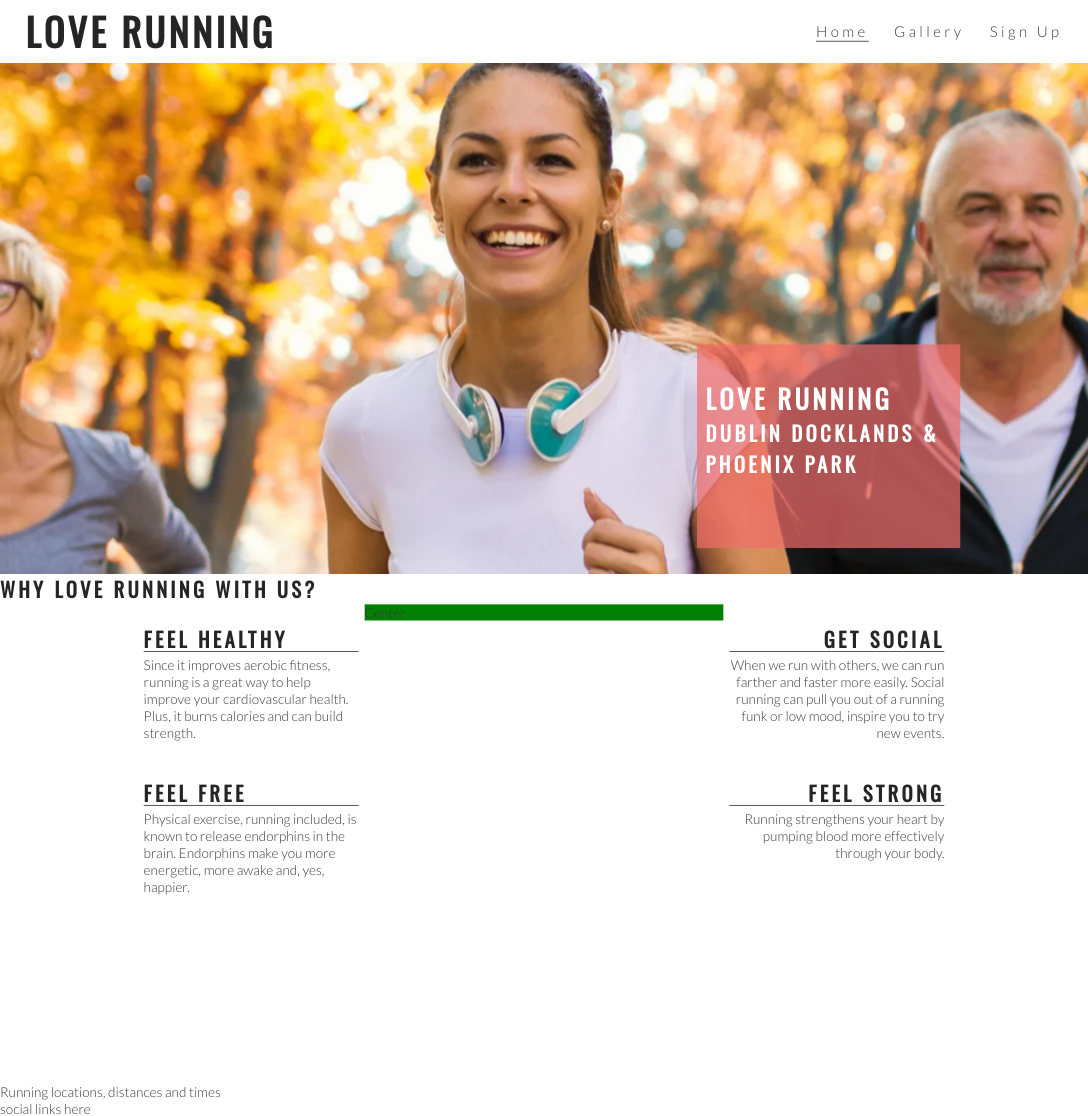
Repository: dcsndevs/love-running
Page: index.html
An editor plug-in stored every save of this project. The page is shown before and after the next save, followed by the edit.
The browser window is 1280 px wide. The pictures show the whole page, at 85% of full size.

Above is the page before, as saved 2023-06-21 09:31:57.

### index.html
<!DOCTYPE html>
<html lang="en">

<head>
    <meta charset="UTF-8">
    <meta name="viewport" content="width=device-width, initial-scale=1.0">
    <meta name="description" content="Love Running club for runners in Dublin, Ireland">
    <meta name="keywords" content="love running, running club, ireland, dublin">

    <link rel="stylesheet" href="assets/css/style.css">
    <title>Love Running</title>
</head>

<body>
    <header>
        <a href="index.html">
            <h1 id="logo">Love Running</h1>
        </a>
        <nav>
            <ul id="menu">
                <li>
                    <a href="#">Sign Up</a>
                </li>
                <li>
                    <a href="#">Gallery</a>
                </li>
                <li>
                    <a href="index.html" class="active">Home</a>
                </li>
            </ul>
        </nav>
    </header>
    <section id="hero-outer">
        <div id="hero-image"></div>
        <div id="cover-text">
            <h2>Love Running</h2>
            <h3>Dublin Docklands & Phoenix Park</h3>
        </div>
    </section>
    <section id="club-ethos">
        <h2 id="welcome">Why Love Running With Us?</h2>
        <div id="left-about">
            <div class="left-about-heading">
                <h2>Feel Healthy</h2>
                <hr>
                <p>
                    Since it improves aerobic fitness, running is a great way to help improve your cardiovascular
                    health. Plus, it burns calories and can build strength.
                </p>
            </div>
            <div class="left-about-heading">
                <h2>Feel Free</h2>
                <hr>
                <p>
                    Physical exercise, running included, is known to release endorphins in the brain. Endorphins make
                    you more energetic, more awake and, yes, happier.
                </p>
            </div>
        </div>
        <div id="right-about">
            <div class="right-about-heading">
                <h2>Get Social</h2>
                <hr>
                <p>
                    When we run with others, we can run farther and faster more easily. Social running can pull you out
                    of a running funk or low mood, inspire you to try new events.
                </p>
            </div>
            <div class="right-about-heading">
                <h2>Feel Strong</h2>
                <hr>
                <p>
                    Running strengthens your heart by pumping blood more effectively through your body.
                </p>
            </div>
        </div>
        <div id="center-about">Center</div>
    </section>
    <section>
        Running locations, distances and times
    </section>
    <footer>
        social links here
    </footer>
</body>

</html>

### assets/css/style.css
@import url('https://fonts.googleapis.com/css2?family=Lato:wght@300&family=Oswald&display=swap');

* {
    margin: 0;
    padding: 0;
    border: none;
}

body {
    font-family: Lato, sans-serif;
    font-weight: 300;
    color: #3a3a3a;
}

/* headings and logo */

h1,
h2 {
    font-family: Oswald, sans-serif;
    text-transform: uppercase;
    letter-spacing: 4px;
    color: #252525;
}

#logo {
    float: left;
    font-size: 280%;
    margin-left: 30px;
}

/* navigation links */

#menu {
    font-size: 110%;
    letter-spacing: 4px;
}

#menu,
#logo {
    line-height: 75px;
}

#menu li {
    float: right;
    list-style-type: none;
    margin-right: 30px;
}

#menu a {
    text-decoration: none;
    color: inherit;
}

#menu a:hover {
    border-bottom: 1px solid #3a3a3a;
}

.active {
    border-bottom: 1px solid #3a3a3a;
}

/* hero image and cover text */

#hero-outer {
    height: 600px;
    width: 100%;
    overflow: hidden;

    position: relative;
}

#cover-text,
#cover-text h2 {
    color: #fff;
}

#hero-image {
    height: 600px;
    width: 100%;
    background: url('../images/hero-image.webp') no-repeat center center;

    /* animates zoom effect on loading page */
    animation-name: hero-zoom;
    animation-duration: 5s;
    animation-fill-mode: forwards;
}

/* creates the level of zoom for hero image */
@keyframes hero-zoom {
    from {
        transform: scale(1);
    }

    to {
        transform: scale(1.1);
    }
}

#cover-text {
    font-size: 130%;
    font-family: Oswald, sans-serif;
    text-transform: uppercase;
    letter-spacing: 4px;

    width: 300px;
    height: 200px;

    padding-top: 40px;
    padding-left: 10px;

    background-color: rgba(241, 109, 107, .7);

    bottom: 30px;
    right: 150px;

    position: absolute;
}

/* club ethos */
#club-ethos {
    height: 600px;
}

#left-about {
    padding-top: 30px;
    width: 33%;
    float: left;
}

#right-about {
    padding-top: 30px;
    width: 33%;
    float: right;
}

#center-about {
    width: 33%;
    margin: 0 auto;
    background-color: green;
}

hr {
    border-top: 1px solid #3a3a3a;
    width: 100%;
    margin: 5px 0;
}

.left-about-heading {
    width: 60%;
    float: right;
    line-height: 20px;
    clear: both;
    margin-bottom: 50px;
}

.right-about-heading {
    width: 60%;
    float: left;
    line-height: 20px;
    clear: both;
    margin-bottom: 50px;
}

.right-about-heading h2 {
    text-align: right;
}

.right-about-heading p {
    text-align: right;
}

After the next save:
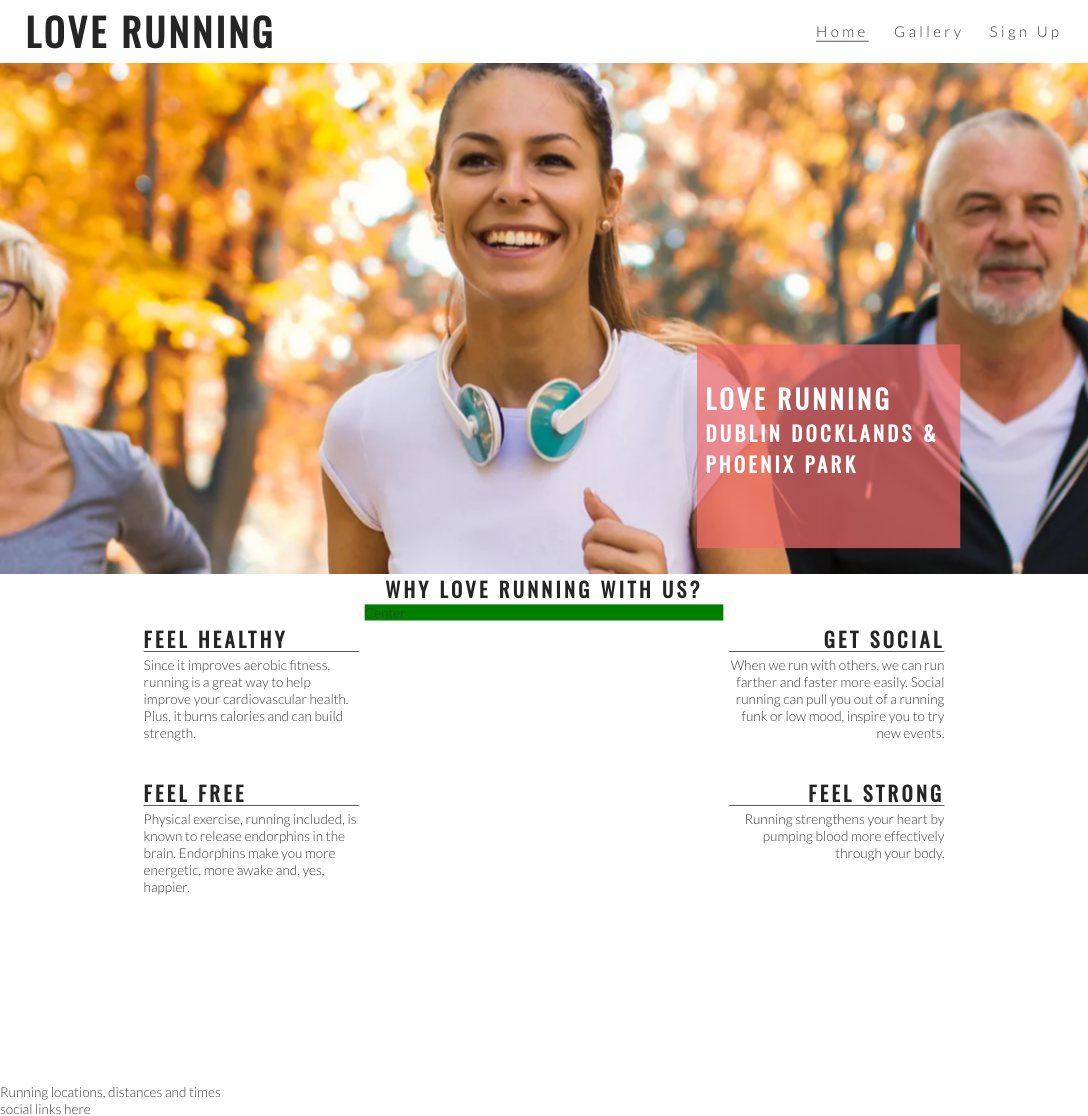
Saved 23 min 25 s later.
--- a/assets/css/style.css
+++ b/assets/css/style.css
@@ -168,3 +168,7 @@ hr {
 .right-about-heading p {
     text-align: right;
 }
+
+#welcome {
+    text-align: center;
+}
